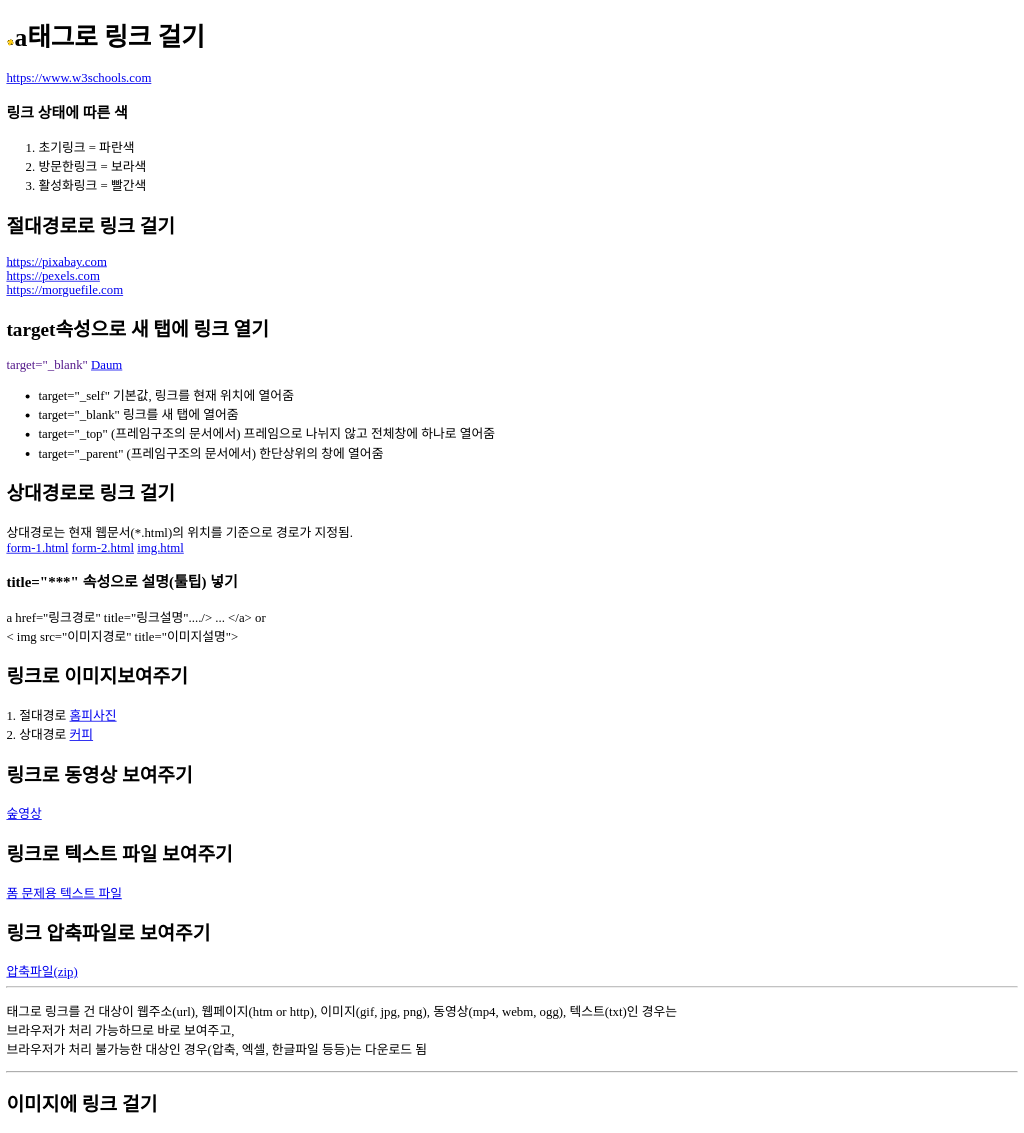
Repository: ReadStar/Web
Page: Html/html5/WebContent/A.html
These files come from the project's save history. The page is drawn as it stood at one moment and after the next save; the edit follows.
The browser window is 1280 px wide. The pictures show the whole page, at 80% of full size.

Above is the page before, as saved 2020-08-20 08:30:46.

After the next save:
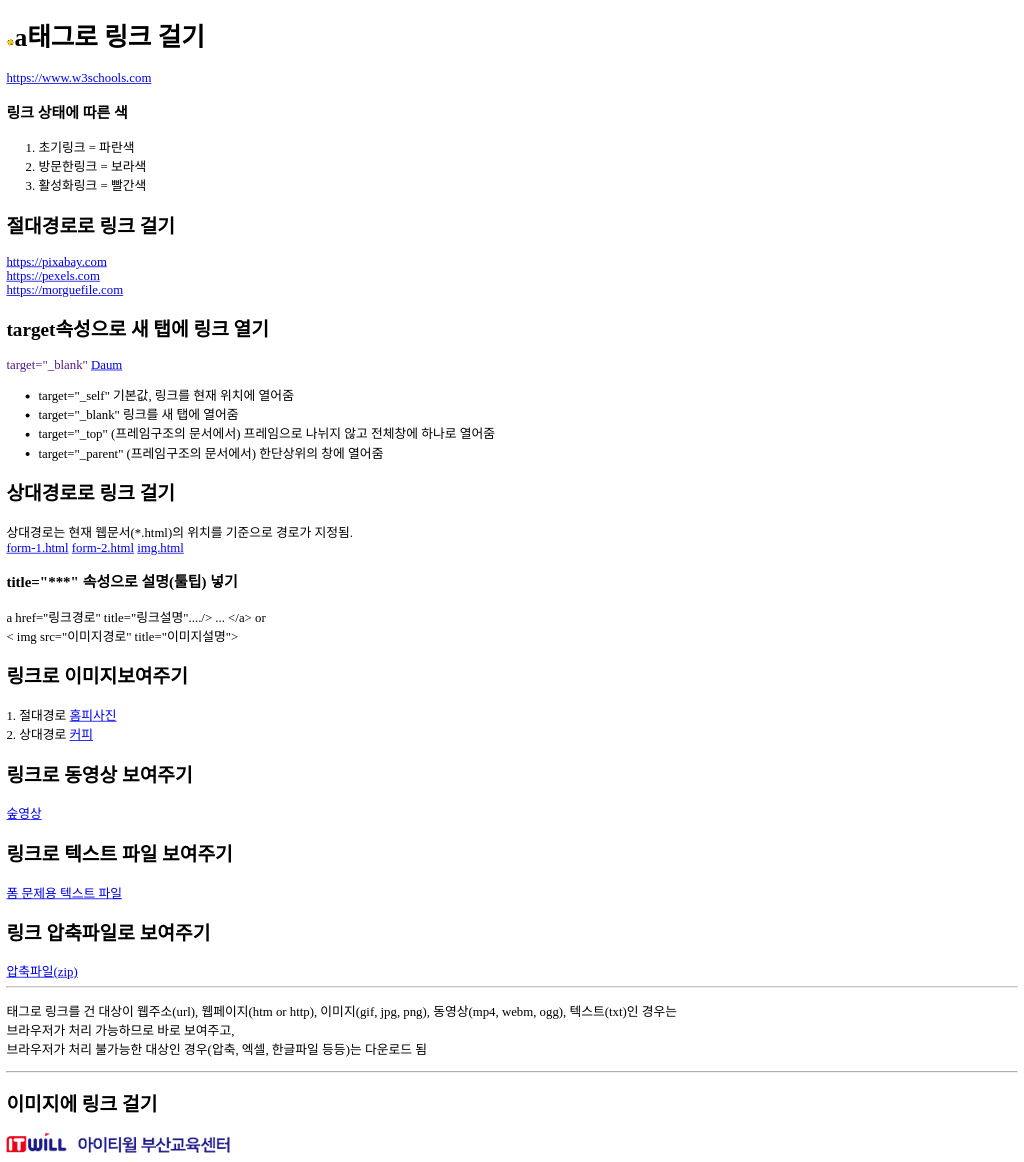
Saved 86 s later.
--- a/Html/html5/WebContent/A.html
+++ b/Html/html5/WebContent/A.html
@@ -66,7 +66,7 @@ or <br>
 <hr>
 
 <h2>이미지에 링크 걸기</h2>
-<a href=""></a>
+<a href=""><img alt="Logo" src="img/itwill_Logo.png"></a>
 
 </body>
 </html>
